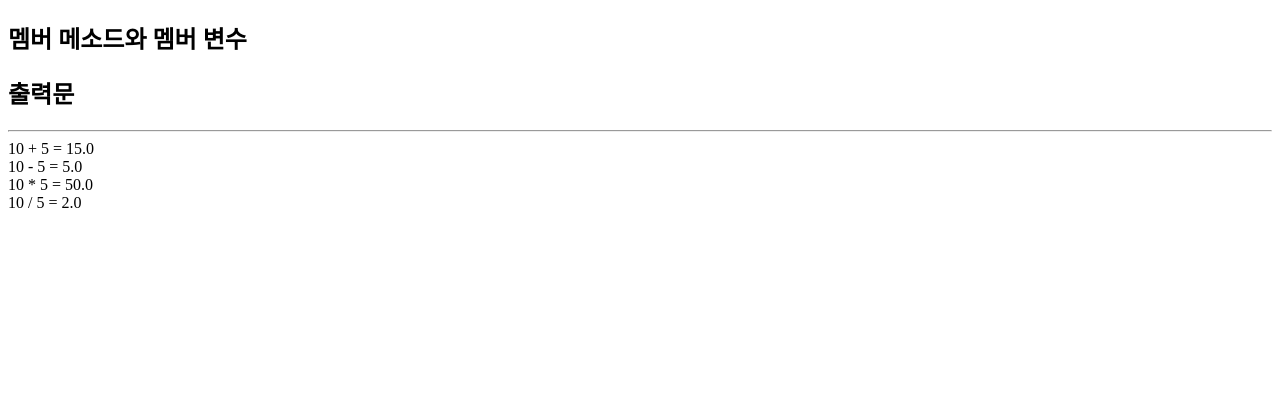
Repository: lhk21go-commits/Jsp2026
Page: http://localhost/chapter01/test04.jsp
These files come from the project's save history. The page is drawn as it stood at one moment and after the next save; the edit follows.
The browser window is 1280 px wide. The pictures show the whole page.
The page is served by Tomcat 9.

Above is the page before, as saved 2026-10-16 03:04:43.

After the next save:
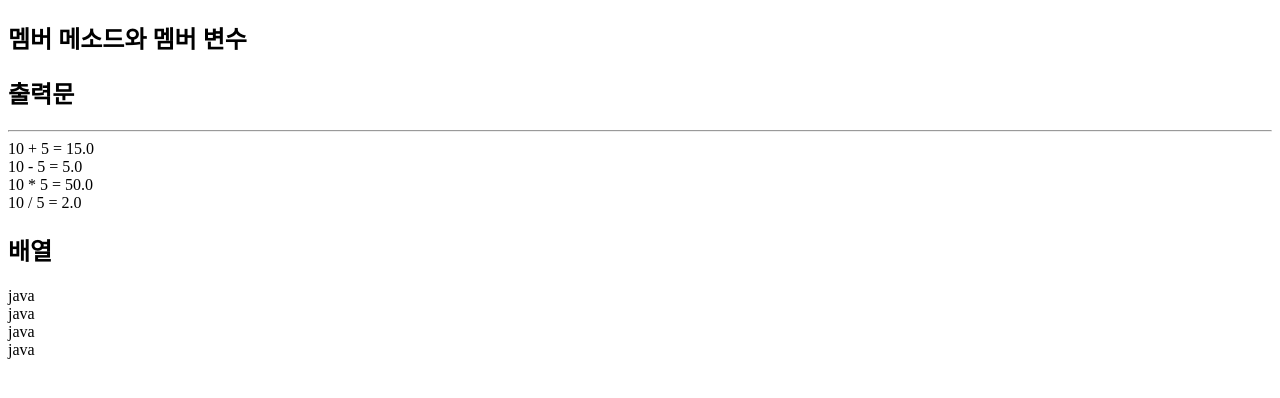
Saved 4 min 51 s later.
--- a/chapter01/src/main/webapp/test04.jsp
+++ b/chapter01/src/main/webapp/test04.jsp
@@ -40,7 +40,15 @@
 	10 * 5 = <%= cal(10, 5, "*") %><br>
 	10 / 5 = <%= cal(10, 5, "/") %><br>
 
-
+	<!-- 배열 -->
+	<h2>배열</h2>
+	<%
+		String arr[] = {"java","HTML","CSS","JavaScript"};
+		for(int j=0; j<arr.length; j++){
+			/* 표현식 스크립트문법을 사용하지 않고 브라우저를 출력하는 방법  */
+			out.print(arr[i]+"<br/>");
+		}
+	%>
 
 
 </body>
